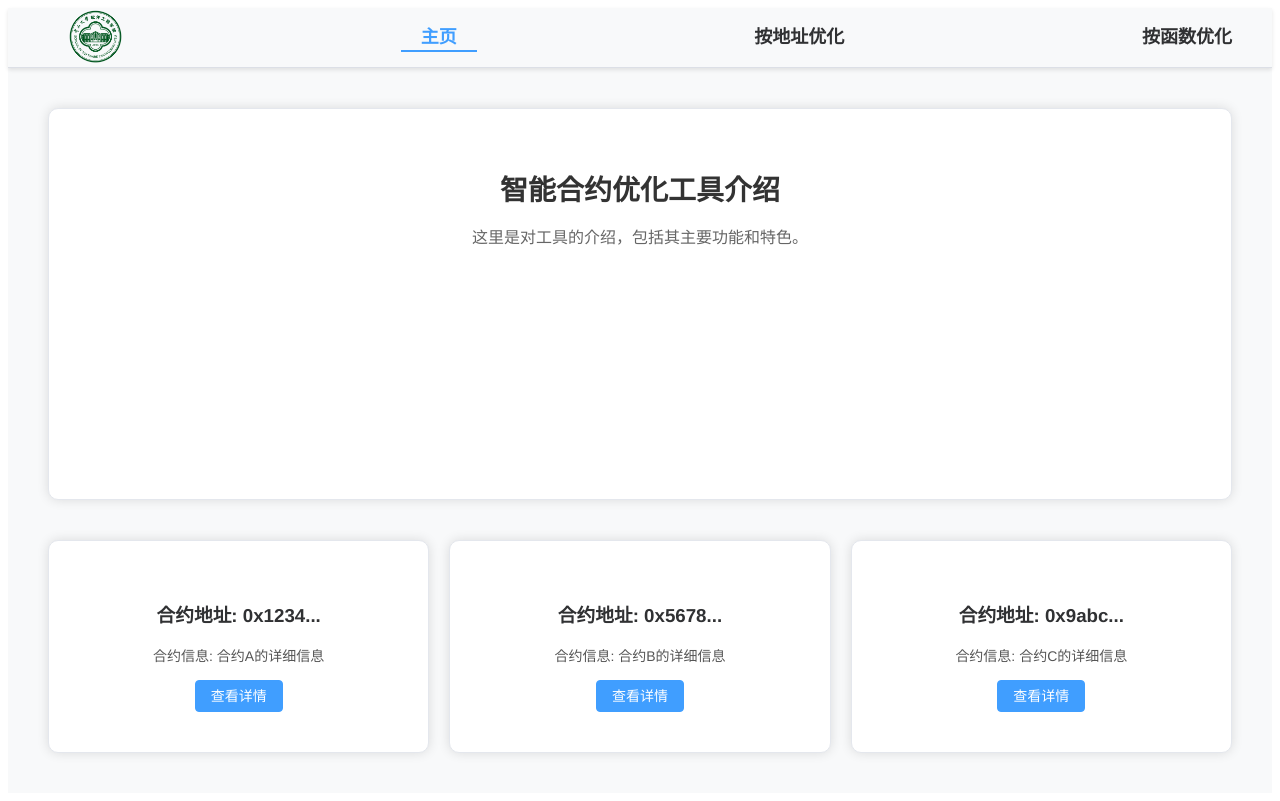
Repository: syckcoding/SmartHalo
Page: /
These files come from the project's save history. The page is drawn as it stood at one moment and after the next save; the edit follows.
The browser window is 1280 px wide. The pictures show the whole page.
The project was rebuilt for these pictures with package versions that can differ from the ones it lists, and the page was loaded fresh each time. Also part of the build but not shown: vite.config.js, src/views/Detail.vue.

Above is the page before, as saved 2024-10-05 11:04:04.

### src/main.js
import { createApp } from 'vue';
import App from './App.vue';
import router from './router';
import ElementPlus from 'element-plus';
import 'element-plus/dist/index.css';

createApp(App).use(router).use(ElementPlus).mount('#app');

### src/App.vue
<template>
  <div id="app">
    <Navbar />
    <router-view />
  </div>
</template>

<script>
import Navbar from './components/Navbar.vue';

export default {
  components: {
    Navbar,
  },
};
</script>

<style>
/* 样式设置 */
#app {
  font-family: Avenir, Helvetica, Arial, sans-serif;
  text-align: center;
  color: #2c3e50;
}
</style>

### src/router/index.js
import { createRouter, createWebHistory } from 'vue-router';
import Home from '../views/Home.vue';
import Detail from '../views/Detail.vue';

const routes = [
  { path: '/', name: 'Home', component: Home },
  { path: '/detail/:id', name: 'Detail', component: Detail, props: true },
];

const router = createRouter({
  history: createWebHistory(process.env.BASE_URL),
  routes,
});

export default router;

### src/components/Navbar.vue
<template>
  <el-menu :default-active="activeIndex" class="el-menu-demo" mode="horizontal">
    <el-menu-item index="0" class="logo-item">
      <img src="@/assets/intro-image.png" alt="工具LOGO" class="intro-logo" />
    </el-menu-item>
    <el-menu-item index="1" @click="goToHome" class="menu-item">主页</el-menu-item>
    <el-menu-item index="2" @click="goToAddressOptimization" class="menu-item">按地址优化</el-menu-item>
    <el-menu-item index="3" @click="goToFunctionOptimization" class="menu-item">按函数优化</el-menu-item>
  </el-menu>
</template>

<script>
export default {
  data() {
    return {
      activeIndex: '1',
    };
  },
  methods: {
    goToHome() {
      this.$router.push({ name: 'Home' });
    },
    goToAddressOptimization() {
      this.$router.push({ name: 'Detail', params: { mode: 'address' } });
    },
    goToFunctionOptimization() {
      this.$router.push({ name: 'Detail', params: { mode: 'function' } });
    },
  },
};
</script>

<style scoped>
.el-menu-demo {
  background-color: #f8f9fa;  /* 浅灰色背景，与主页阴影一致 */
  color: #333;
  padding: 15px 20px;
  display: flex;
  align-items: center;
  position: relative;
  box-shadow: 0 2px 4px rgba(0, 0, 0, 0.1);  /* 浅灰色阴影效果 */
  border-bottom: 2px solid #2196f3;  /* 底部蓝色线条区分 */
  justify-content: space-between; /* 主轴两端对齐，使左侧logo与右侧菜单分别靠边 */
}

.logo-item {
  pointer-events: none;
  position: relative;
  left: 20px;
  z-index: 10;  /* 保证logo始终在最外层 */
}

.intro-logo {
  width: 55px;
  height: 55px;
  margin-right: 20px;
}

.menu-item {
  color: #333;
  font-size: 18px;  /* 字体稍微调大一点 */
  font-weight: bold;  /* 字体调粗一点 */
  padding: 0 20px;
  transition: color 0.3s ease;
}

.menu-item:hover {
  color: #2196f3;  /* 悬停时改变字体颜色为蓝色，增强交互性 */
}

.menu-right {
  display: flex;
  gap: 30px;
  margin-left: auto;
}

.menu-right {
  display: flex;  /* 确保子元素在同一行显示 */
}
</style>

### src/views/Home.vue
<template>
    <div>
      <HomePage />
    </div>
  </template>

  <script>
  import HomePage from '../components/HomePage.vue';

  export default {
    components: {
      HomePage,
    },
  };
  </script>

  <style scoped>
  /* 可根据需要添加样式 */
  </style>

### src/components/HomePage.vue
<template>
  <div class="home">
    <el-row :gutter="20" class="intro-section">
      <el-col :span="24">
        <el-card class="intro-card">
          <h1 class="intro-title">智能合约优化工具介绍</h1>
          <p class="intro-description">这里是对工具的介绍，包括其主要功能和特色。</p>
        </el-card>
      </el-col>
    </el-row>

    <el-row :gutter="20" class="contracts">
      <el-col :span="8" v-for="contract in contracts" :key="contract.id">
        <el-card class="box-card">
          <div class="card-header">
            <h3>合约地址: {{ contract.address }}</h3>
          </div>
          <div class="card-content">
            <p>合约信息: {{ contract.info }}</p>
          </div>
          <div class="card-actions center-button">
            <el-button type="primary" @click="viewDetails(contract.id)">查看详情</el-button>
          </div>
        </el-card>
      </el-col>
    </el-row>
  </div>
</template>

<script>
export default {
  data() {
    return {
      contracts: [
        { id: 1, address: '0x1234...', info: '合约A的详细信息' },
        { id: 2, address: '0x5678...', info: '合约B的详细信息' },
        { id: 3, address: '0x9abc...', info: '合约C的详细信息' },
      ],
    };
  },
  methods: {
    viewDetails(contractId) {
      this.$router.push({ name: 'Detail', params: { id: contractId } });
    },
  },
};
</script>

<style scoped>
.home {
  padding: 40px;
  background-color: #f8f9fa;
}
.intro-section {
  margin-bottom: 40px;
}
.intro-card {
  padding: 20px;
  min-height: 350px;
  background-color: #ffffff;
  border-radius: 10px;
  box-shadow: 0 4px 8px rgba(0, 0, 0, 0.1);
}
.intro-title {
  font-size: 28px;
  font-weight: bold;
  color: #333;
  margin-bottom: 10px;
}
.intro-description {
  font-size: 16px;
  color: #666;
}
.contracts {
  margin-top: 20px;
}
.box-card {
  padding: 20px;
  background-color: #ffffff;
  border-radius: 10px;
  box-shadow: 0 4px 8px rgba(0, 0, 0, 0.1);
  transition: transform 0.3s ease;
}
.box-card:hover {
  transform: translateY(-5px);
}
.card-header {
  margin-bottom: 10px;
}
.card-content {
  font-size: 14px;
  color: #555;
  margin-bottom: 15px;
}
.card-actions {
  text-align: center;
  display: flex;
  justify-content: center;
  align-items: center;
}
.center-button {
  margin-top: 15px;
}
.el-button {
  background-color: #409eff;
  border-color: #409eff;
  color: #ffffff;
}
.el-button:hover {
  background-color: #66b1ff;
  border-color: #66b1ff;
}
</style>

Loaded but not shown: index.html (common file)

After the next save:
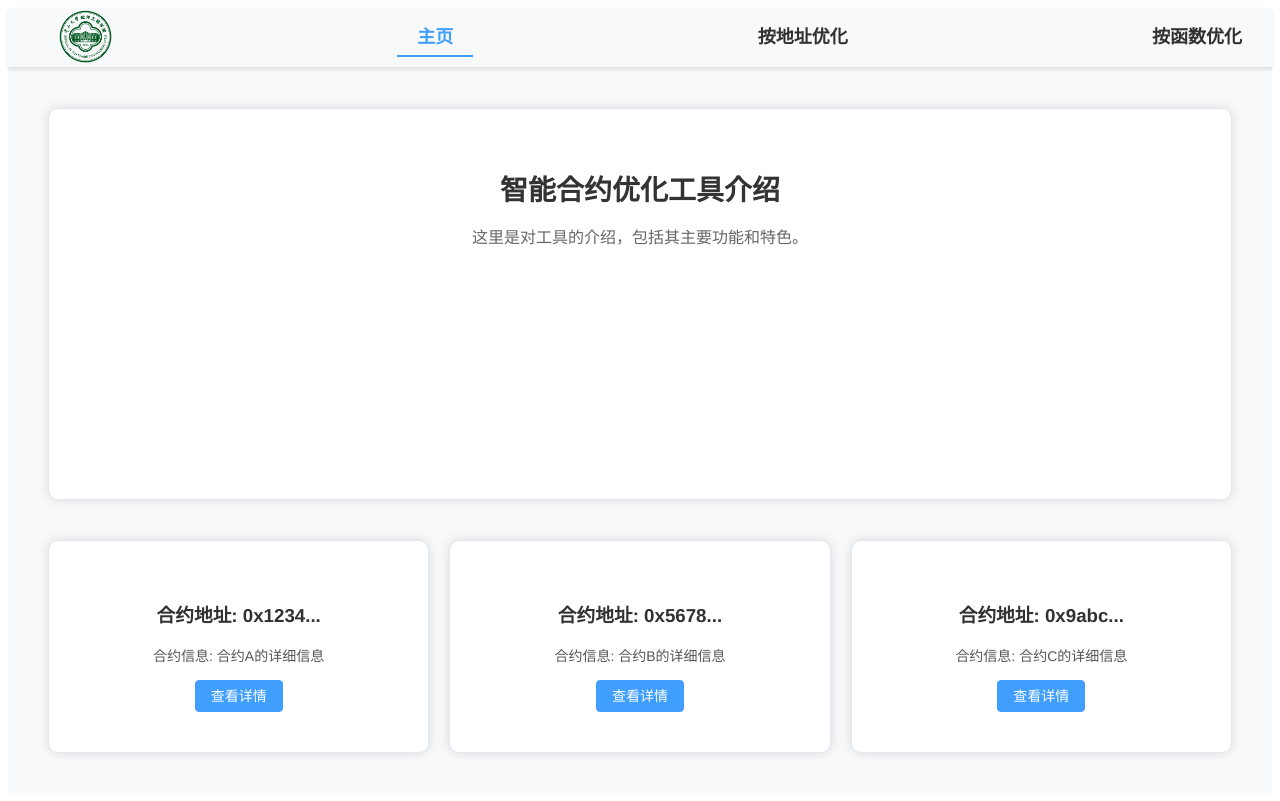
Saved 60 s later.
--- a/src/components/Navbar.vue
+++ b/src/components/Navbar.vue
@@ -34,7 +34,7 @@ export default {
 .el-menu-demo {
   background-color: #f8f9fa;  /* 浅灰色背景，与主页阴影一致 */
   color: #333;
-  padding: 15px 20px;
+  padding: 10px;
   display: flex;
   align-items: center;
   position: relative;
